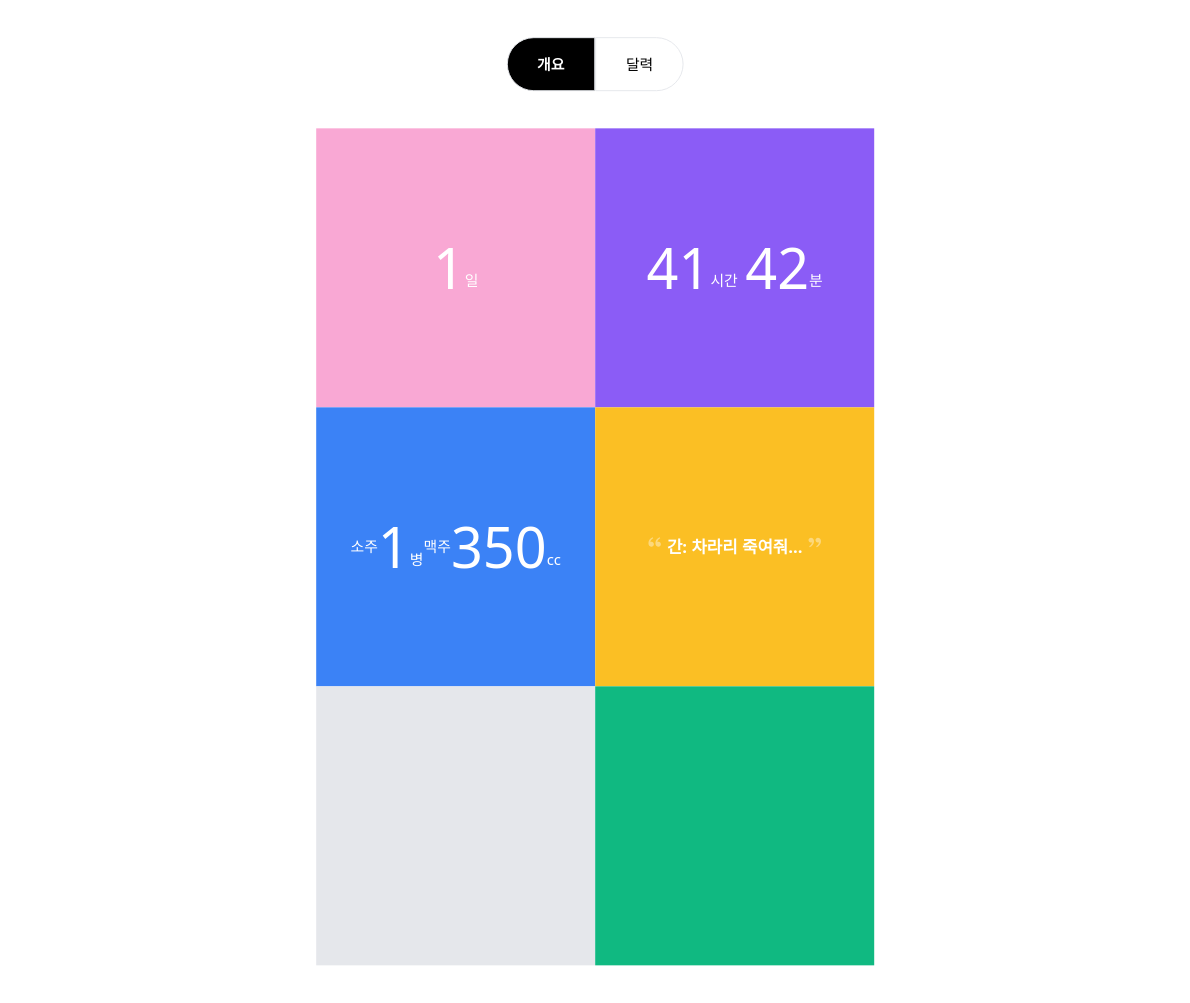
Repository: honey-punch/my-alcohol
Page: /
These files come from the project's save history. The page is drawn as it stood at one moment and after the next save; the edit follows.
The browser window is 1280 px wide. The pictures show the whole page, at 93% of full size.
The project was rebuilt for these pictures with package versions that can differ from the ones it lists, and the page was loaded fresh each time. The framework's server and built-in components were replaced by stand-ins that run in the browser. Also part of the build but not shown: next.config.ts, src/app/_component/Calendar.tsx.

Above is the page before, as saved 2025-02-10 16:21:11.

### src/app/page.tsx
"use client";

import { useState } from "react";
import Summary from "./_component/Summary";
import Calendar from "./_component/Calendar";

type ViewType = "summary" | "calendar";

export default function Home() {
  // useState
  const [viewType, setViewType] = useState<ViewType>("summary");

  // functions
  function handleChangeViewType() {
    if (viewType === "summary") {
      setViewType("calendar");
    } else {
      setViewType("summary");
    }
  }

  return (
    <div className="w-full flex flex-col items-center p-10 gap-10">
      <div onClick={handleChangeViewType} className="flex">
        <button
          className={`${
            viewType === "summary"
              ? "bg-black text-white font-black"
              : "hover:bg-black/20"
          } rounded-s-full border px-8 py-4 transition-colors`}
        >
          개요
        </button>
        <button
          className={`${
            viewType === "calendar"
              ? "bg-black text-white font-black"
              : "hover:bg-black/20"
          } rounded-e-full border px-8 py-4 transition-colors`}
        >
          달력
        </button>
      </div>
      {viewType === "summary" ? <Summary /> : <Calendar />}
    </div>
  );
}

### src/app/_component/Summary.tsx
import { RiDoubleQuotesL } from "react-icons/ri";
import { RiDoubleQuotesR } from "react-icons/ri";

const BOX_SIZE = 300;

export default function Summary() {
  const today = new Date();

  // TODO - DB에서 받아온 술마신 날들 중 가장 마지막 날
  const lastDay = new Date("2025-02-08T22:00:00");

  // 1, 2번 박스
  const diffMs = Math.abs(today.getTime() - lastDay.getTime());
  const diffDay = Math.floor(diffMs / (1000 * 60 * 60 * 24));
  const diffHour = Math.floor(diffMs / (1000 * 60 * 60));
  const diffMin = Math.floor((diffMs % (1000 * 60 * 60)) / (1000 * 60));
  const diffTime = { diffHour, diffMin };

  // 3번 박스
  // TODO - DB에서 받아와서 계산할 평균 용량
  const ex = {
    // 병단위
    soju: 1,
    // cc단위
    beer: 350,
  };

  // 4번 박스
  // TODO - DB에 저장해볼까
  const wiseSaying = [
    "내가 또 술을 마시면 개다.",
    "간한테 미안하지도 않냐?",
    "간: 차라리 죽여줘...",
    "술마시면 하루가 날라간다.",
    "안마셔도 생각보다 괜찮다.",
    "마시고 후회할꺼 왜마시냐?",
  ];
  const randomWiseSaying =
    wiseSaying[Math.floor(Math.random() * wiseSaying.length)];

  return (
    <div className="grid grid-cols-2">
      {/* 1번 박스 - 일수 */}
      <div
        style={{ width: `${BOX_SIZE}px`, height: BOX_SIZE }}
        className="bg-pink-300 text-white flex justify-center items-center"
      >
        <span className="text-6xl">{diffDay}</span>
        <span className="mt-7">일</span>
      </div>

      {/* 2번 박스 - 시간 */}
      <div
        style={{ width: `${BOX_SIZE}px`, height: BOX_SIZE }}
        className="bg-violet-500 text-white flex justify-center items-center"
      >
        <span className="text-6xl">{diffTime.diffHour}</span>
        <span className="mt-7 mr-2">시간</span>
        <span className="text-6xl">{diffTime.diffMin}</span>
        <span className="mt-7">분</span>
      </div>

      {/* 3번 박스 - 평균 주량 */}
      <div
        style={{ width: `${BOX_SIZE}px`, height: BOX_SIZE }}
        className="bg-blue-500 text-white flex justify-center items-center"
      >
        <span>소주</span>
        <span className="text-6xl">{ex.soju}</span>
        <span className="mt-7">병</span>
        <span>맥주</span>
        <span className="text-6xl">{ex.beer}</span>
        <span className="mt-7">cc</span>
      </div>

      {/* 4번 박스 - 명언(같은 개소리) */}
      <div
        style={{ width: `${BOX_SIZE}px`, height: BOX_SIZE }}
        className="bg-amber-400 text-white flex justify-center items-center text-3xl"
      >
        <div className="flex text-lg font-semibold gap-1">
          <RiDoubleQuotesL className="opacity-40" />
          {randomWiseSaying}
          <RiDoubleQuotesR className="opacity-40" />
        </div>
      </div>

      {/* 5번 박스 - 왜하냐(본인이 설정하는 동기부여) */}
      <div
        style={{ width: `${BOX_SIZE}px`, height: BOX_SIZE }}
        className="bg-gray-200 text-white flex justify-center items-center text-3xl"
      ></div>

      {/* 6번 박스 - 1번 박스 * 3번 박스 * 술값으로 얼마 아꼈는지 */}
      <div
        style={{ width: `${BOX_SIZE}px`, height: BOX_SIZE }}
        className="bg-emerald-500 text-white flex justify-center items-center text-3xl"
      ></div>
    </div>
  );
}

Loaded but not shown: src/app/layout.tsx (common file); src/app/globals.css (common file); tailwind.config.ts (common file)

After the next save:
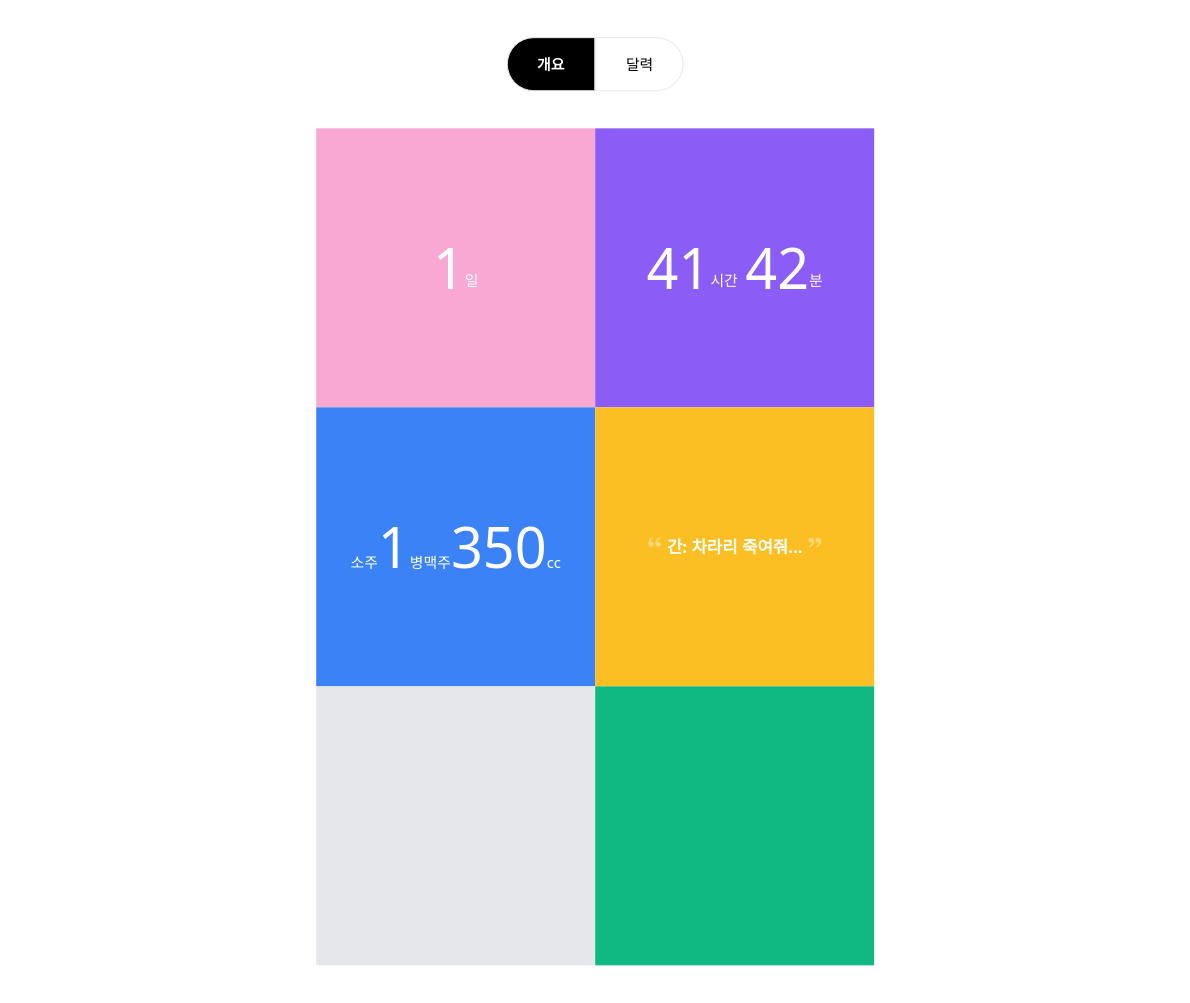
Saved 23 s later.
--- a/src/app/_component/Summary.tsx
+++ b/src/app/_component/Summary.tsx
@@ -65,12 +65,16 @@ export default function Summary() {
         style={{ width: `${BOX_SIZE}px`, height: BOX_SIZE }}
         className="bg-blue-500 text-white flex justify-center items-center"
       >
-        <span>소주</span>
-        <span className="text-6xl">{ex.soju}</span>
-        <span className="mt-7">병</span>
-        <span>맥주</span>
-        <span className="text-6xl">{ex.beer}</span>
-        <span className="mt-7">cc</span>
+        <div>
+          <span>소주</span>
+          <span className="text-6xl">{ex.soju}</span>
+          <span className="mt-7">병</span>
+        </div>
+        <div>
+          <span>맥주</span>
+          <span className="text-6xl">{ex.beer}</span>
+          <span className="mt-7">cc</span>
+        </div>
       </div>
 
       {/* 4번 박스 - 명언(같은 개소리) */}
